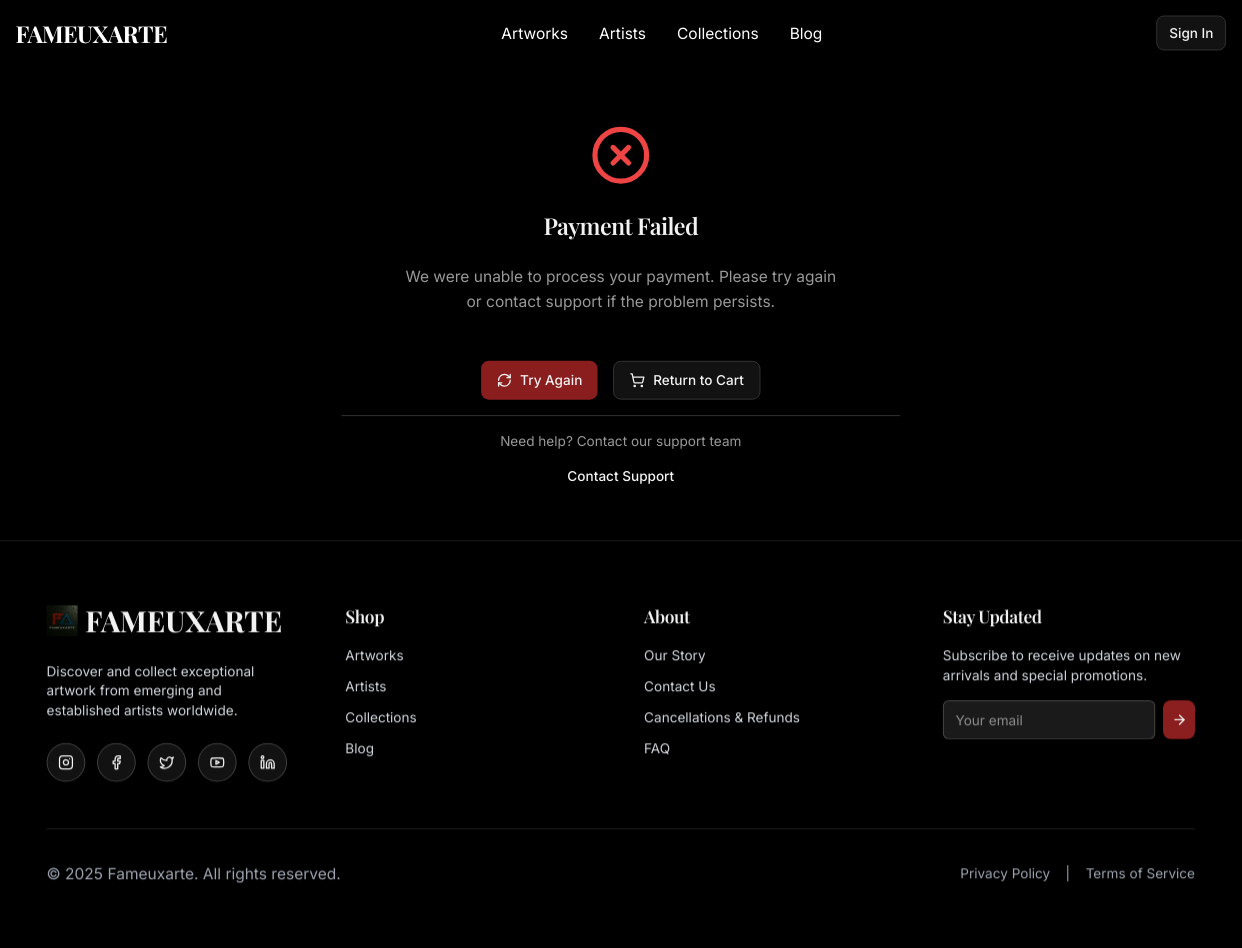
Repository: Arunkumar158/fameuxarte.com
Page: /payment-failed
The author's editor kept a copy of each file at every save. The page is drawn from the files as they stood at one save, then again after the next save.
The browser window is 1280 px wide. The pictures show the whole page, at 97% of full size.
The page's requests for data from a server got no answer. Backgrounds fixed to the window are drawn as part of the page. The project was rebuilt for these pictures with package versions that can differ from the ones it lists, and the page was loaded fresh each time. No one was signed in, and anything a server would have sent is missing. Also part of the build but not shown: vite.config.ts, src/components/ui/tooltip.tsx, src/components/ui/dropdown-menu.tsx, src/components/shared/CurrencySelector.tsx, src/components/navigation/MobileMenu.tsx, src/components/home/HeroSection.tsx, src/components/home/AboutSection.tsx, src/components/ui/separator.tsx and 42 more.

Above is the page before, as saved 2025-07-13 14:54:44.

After the next save:
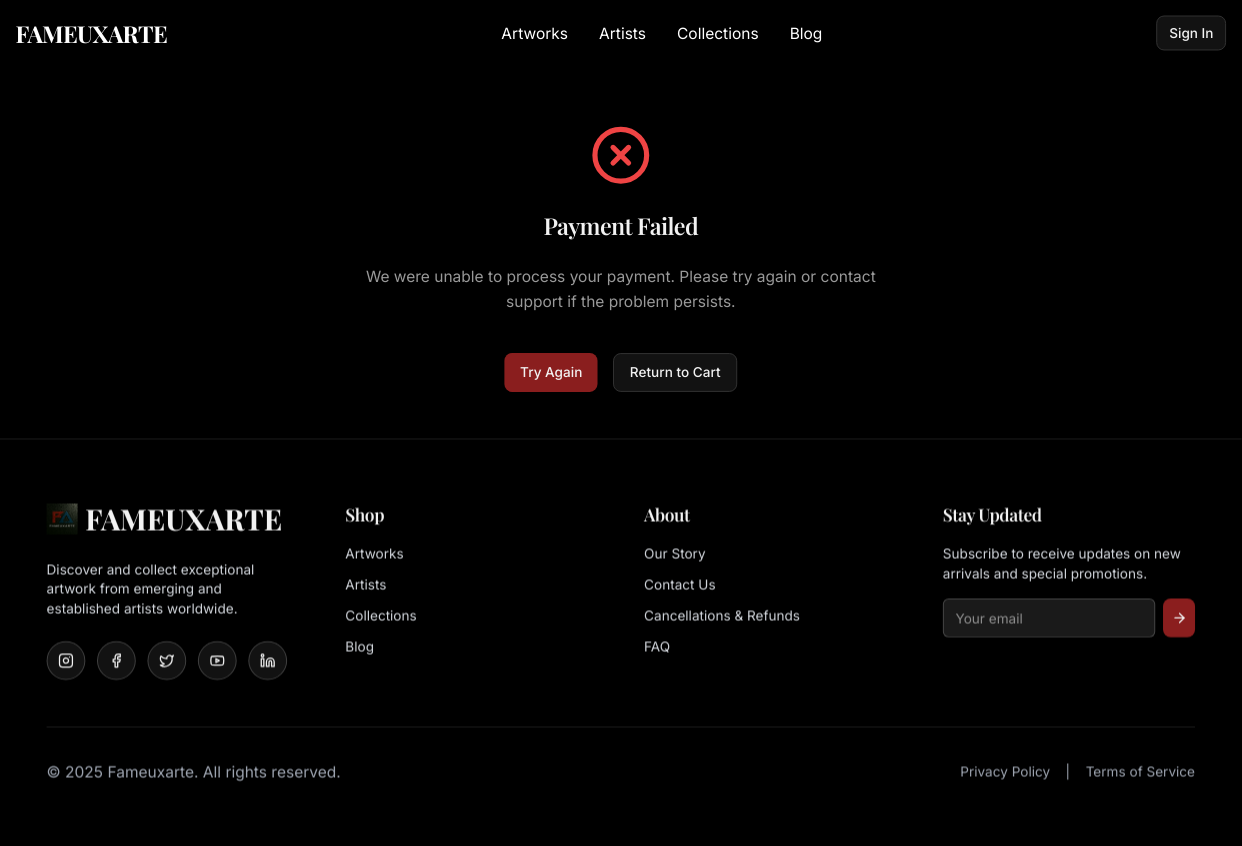
Saved 3 s later.
--- a/src/pages/PaymentFailed.tsx
+++ b/src/pages/PaymentFailed.tsx
@@ -1,89 +1,30 @@
 
-import { useNavigate, useSearchParams } from "react-router-dom";
+import { useNavigate } from "react-router-dom";
 import MainLayout from "@/components/layouts/MainLayout";
 import { Button } from "@/components/ui/button";
-import { XCircle, RefreshCw, ShoppingCart } from "lucide-react";
+import { XCircle } from "lucide-react";
 
 const PaymentFailed = () => {
   const navigate = useNavigate();
-  const [searchParams] = useSearchParams();
-  const errorType = searchParams.get('type') || 'general';
-  const errorMessage = searchParams.get('message') || '';
-
-  const getErrorDetails = () => {
-    switch (errorType) {
-      case 'cancelled':
-        return {
-          title: "Payment Cancelled",
-          description: "You cancelled the payment process. No charges were made to your account.",
-          icon: <XCircle className="w-16 h-16 text-yellow-500" />
-        };
-      case 'verification_failed':
-        return {
-          title: "Payment Verification Failed",
-          description: "We couldn't verify your payment. Please contact support if you were charged.",
-          icon: <XCircle className="w-16 h-16 text-red-500" />
-        };
-      case 'network_error':
-        return {
-          title: "Network Error",
-          description: "A network error occurred during payment processing. Please check your connection and try again.",
-          icon: <RefreshCw className="w-16 h-16 text-blue-500" />
-        };
-      default:
-        return {
-          title: "Payment Failed",
-          description: errorMessage || "We were unable to process your payment. Please try again or contact support if the problem persists.",
-          icon: <XCircle className="w-16 h-16 text-red-500" />
-        };
-    }
-  };
-
-  const errorDetails = getErrorDetails();
 
   return (
     <MainLayout>
       <div className="container max-w-2xl py-12">
         <div className="text-center space-y-6">
           <div className="flex justify-center">
-            {errorDetails.icon}
+            <XCircle className="w-16 h-16 text-red-500" />
           </div>
-          <h1 className="text-2xl font-semibold">{errorDetails.title}</h1>
-          <p className="text-muted-foreground max-w-md mx-auto">
-            {errorDetails.description}
+          <h1 className="text-2xl font-semibold">Payment Failed</h1>
+          <p className="text-muted-foreground">
+            We were unable to process your payment. Please try again or contact support if the problem persists.
           </p>
-
-          <div className="space-y-4 pt-6">
-            <div className="flex flex-col sm:flex-row gap-4 justify-center">
-              <Button
-                onClick={() => navigate("/checkout")}
-                className="flex items-center gap-2"
-              >
-                <RefreshCw className="h-4 w-4" />
-                Try Again
-              </Button>
-              <Button
-                variant="outline"
-                onClick={() => navigate("/cart")}
-                className="flex items-center gap-2"
-              >
-                <ShoppingCart className="h-4 w-4" />
-                Return to Cart
-              </Button>
-            </div>
-
-            <div className="pt-4 border-t">
-              <p className="text-sm text-muted-foreground mb-2">
-                Need help? Contact our support team
-              </p>
-              <Button
-                variant="ghost"
-                onClick={() => navigate("/contact-us")}
-                size="sm"
-              >
-                Contact Support
-              </Button>
-            </div>
+          <div className="space-x-4 pt-4">
+            <Button onClick={() => navigate("/checkout")}>
+              Try Again
+            </Button>
+            <Button variant="outline" onClick={() => navigate("/cart")}>
+              Return to Cart
+            </Button>
           </div>
         </div>
       </div>
